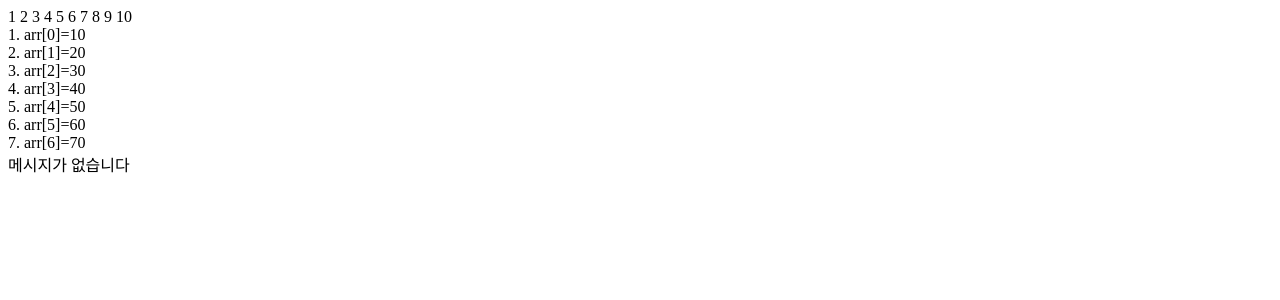
Repository: chanhee0506/spring
Page: http://localhost/ServletJSPWeb/jstl.jsp
An editor plug-in stored every save of this project. The page is shown before and after the next save, followed by the edit.
The browser window is 1280 px wide. The pictures show the whole page.
The page is served by Tomcat 9. Other server files are loaded and not shown.

Above is the page before, as saved 2023-04-04 00:37:11.

### ServletJSPWeb/src/main/webapp/jstl.jsp
<%@ page language="java" contentType="text/html; charset=UTF-8"
    pageEncoding="UTF-8"%>
<%@ taglib prefix="c" uri="http://java.sun.com/jsp/jstl/core" %>
<%@ taglib prefix="fmt" uri="http://java.sun.com/jsp/jstl/fmt" %>
<!DOCTYPE html>
<html lang="ko">
<head>
    <meta charset="UTF-8">
    <meta http-equiv="X-UA-Compatible" content="IE=edge">
    <meta name="viewport" content="width=device-width, initial-scale=1.0">
    <title>JSTL</title>
</head>
<body>
	<c:set var="to" value="10" />
	<c:set var="arr" value="10,20,30,40,50,60,70" />

	<c:forEach var="i" begin="1" end="${to }">
		${i }
	</c:forEach>
	<br>

	<c:if test="${not empty arr }">
		<c:forEach var="elem" items="${arr }" varStatus="status">
			${status.count }. arr[${status.index }]=${elem } <br>
		</c:forEach>
	</c:if>

	<c:if test="${param.msg != null}">
		msg=${param.msg }
		msg=<c:out value="${param.msg }" />
	</c:if>

	<c:if test="${param.msg == null }">메시지가 없습니다</c:if>

	<c:set var="age" value="${param.age }"/>

</body>
</html>

After the next save:
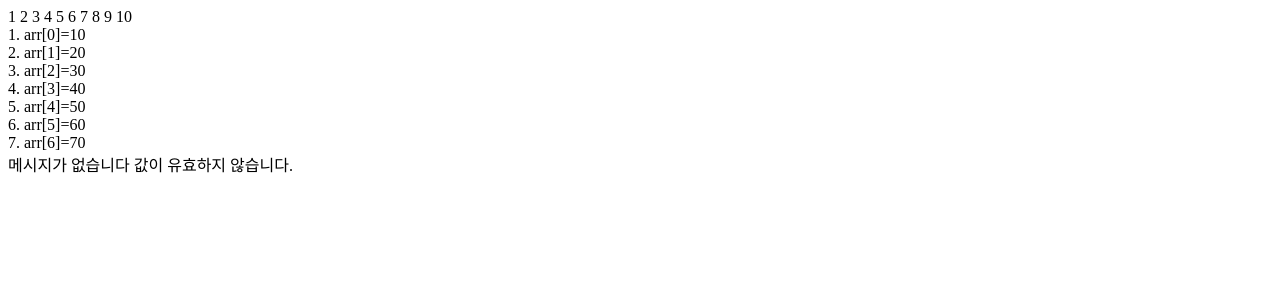
Saved 3 min 1 s later.
--- a/ServletJSPWeb/src/main/webapp/jstl.jsp
+++ b/ServletJSPWeb/src/main/webapp/jstl.jsp
@@ -33,6 +33,11 @@
 	<c:if test="${param.msg == null }">메시지가 없습니다</c:if>
 
 	<c:set var="age" value="${param.age }"/>
+	<c:choose>
+		<c:when test="${age>=19 }">성인입니다.</c:when>
+		<c:when test="${age>=0 && age < 19 }">성인이 아닙니다.</c:when>
+		<c:otherwise>값이 유효하지 않습니다.</c:otherwise>
+	</c:choose>
 
 </body>
 </html>
